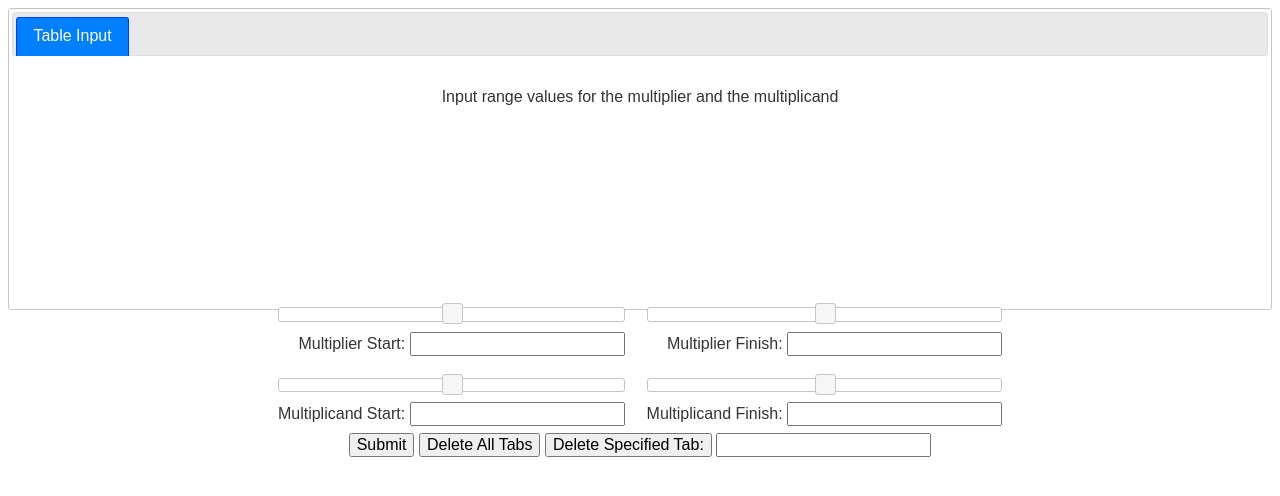
Repository: khrasna/HW4Part2
Page: index.html
These files come from the project's save history. The page is drawn as it stood at one moment and after the next save; the edit follows.
The browser window is 1280 px wide. The pictures show the whole page.
Some web libraries are served in a nearby version.

Above is the page before, as saved 2021-11-22 16:31:50.

### index.html
<!-- HTML file for Assignment 3
By Karsten Hrasna  email Karsten_Hrasna@student.uml.edu-->
<!DOCTYPE html>
<html>

<head>
    <title>Multiplication Table</title>
    <link rel="stylesheet" href="style.css">
    <script type="text/javascript" src="https://ajax.googleapis.com/ajax/libs/jquery/3.5.1/jquery.min.js"></script>
    <script type="text/javascript" src="dist/jquery.validate.min.js"></script>
    <script type="text/javascript" src="formvalidate.js"></script>
    <script type="text/javascript"
        src="https://ajax.googleapis.com/ajax/libs/jqueryui/1.11.4/jquery-ui.min.js"></script>
    <link rel="stylesheet" href="https://ajax.googleapis.com/ajax/libs/jqueryui/1.11.4/themes/smoothness/jquery-ui.css">
</head>

<body>

    <div id="tabs">
        <ul>
            <li><a href='#tab1'>Table Input</a></li>
        </ul>
        <div id="tab1">
            <p>Input range values for the multiplier and the multiplicand</p>
            <!-- Learned from W3schools. Creates a form which takes number ranges for multiplier and multiplicand. -->
            <form id="FormInput" action="javascript:void(0);" method="get">
                <!--Learned about javascript:void(0) from Dutchie432 at https://stackoverflow.com/questions/1818249/form-with-no-action-and-where-enter-does-not-reload-page-->
                <table>
                    <tr>

                        <td class="pad">
                            <div id="slider-1" class="refresh"></div>
                            Multiplier Start: <input input="text" class="refresh" name="MultiplierStart">
                        </td>

                        <td>
                            <div id="slider-2" class="refresh"></div>
                            Multiplier Finish: <input type="text" class="refresh" name="MultiplierFinish">
                        </td>
                    </tr>
                    <tr>
                        <td class="pad">
                            <div id="slider-3" class="refresh"></div>
                            Multiplicand Start: <input type="text" class="refresh" name="MultiplicandStart">
                        </td>

                        <td>
                            <div id="slider-4" class="refresh"></div>
                            Multiplicand Finish: <input type="text" class="refresh" name="MultiplicandFinish">
                        </td>
                    </tr>
                </table>
                <input type="submit" value="Submit">
                <input type="button" name="clear" value="Delete All Tabs">
                <input type="button" name="clearx" value="Delete Specified Tab:">
                <input type="text" name="clearinput">
                <!--goes directly under form and processes the input to create a mult table-->
            </form>
        </div>
    </div>


</body>

</html>

### style.css
/*Created by Karsten Hrasna. email: Karsten_Hrasna@student.uml.edu*/
html,
body {
    height: 97%;
    text-align: center;
}

#slider-1,
#slider-2,
#slider-3,
#slider-4 {
    margin-bottom: 10px;
    margin-top: 10px;
}

div#tab1 {
    display: grid;
    grid-template-columns: auto;
    /* top row of grid holds the form for input, the rest of page holds the multiplication table*/
    grid-template-rows: 20% 80%;
    height: 97%;
}


#multTable {
    margin: auto;
    border-collapse: separate;
    border-spacing: 0;
    /*the dynamically sized multiplication table */
    margin-top: 0px;
    border-bottom: 0px;
    grid-row: 2;

}

input[type=submit] {
    /* submit button under form spaced here */
    margin-top: 0px;
    margin-bottom: 0px;
}

#multTable td,
th {
    border: solid;
    border-color: black;
    min-width: 70px;
    font-size: 30px;
    height: 70px;
}


#multTable th {
    position: sticky;
    top: 0px;
    border-right: solid;
    border-right-color: white;
    border-bottom: solid;
    border-bottom-color: white;
    background-color: black;
    color: white;

}

#multTable th:first-child {
    position: sticky;
    top: 70px;
    left: 0;
}


.sticky {
    position: fixed;
    top: 0px;
    /* get the headers to stay fixed on mult table */
    width: 100%;
}

#multTable tr:first-child th:first-child {
    border: none;
    background-color: white;
}

#multTable p.inputError {
    margin: 0px;
}

form {
    margin-bottom: 0px;
    grid-row: 3;
}

table {
    margin-left: auto;
    margin-right: auto;
}

form td {
    text-align: right;
    justify-content: right;
    padding: 5px;
    /*line up the input form textboxes*/
}

form p {
    margin: 0px;
}

td.pad {
    padding-right: 15px;
}

### formvalidate.js
var tabs;

$(function () {
    $("#tabs").tabs();

    $("#slider-1").slider({
        min: -50, //initialize the four sliders to set the values of their respective input boxes
        max: 50,
        slide: function (event, ui) {
            $('input[name="MultiplierStart"]').val(ui.value);
        }
    });
    $("#slider-2").slider({
        min: -50,
        max: 50,
        slide: function (event, ui) {
            $('input[name="MultiplierFinish"]').val(ui.value);
        }
    });
    $("#slider-3").slider({
        min: -50,
        max: 50,
        slide: function (event, ui) {
            $('input[name="MultiplicandStart"]').val(ui.value);
        }
    });
    $("#slider-4").slider({
        min: -50,
        max: 50,
        slide: function (event, ui) {
            $('input[name="MultiplicandFinish"]').val(ui.value);
        }
    });

    $('input[name="MultiplierStart"]').on('keyup', function () { //if the input boxes values are changed, set the slider to that value
        $("#slider-1").slider("option", "value", $('input[name="MultiplierStart"]').val());
    });

    $('input[name="MultiplierFinish"]').on('keyup', function () {
        $("#slider-2").slider("option", "value", $('input[name="MultiplierFinish"]').val());
    });

    $('input[name="MultiplicandStart"]').on('keyup', function () {
        $("#slider-3").slider("option", "value", $('input[name="MultiplicandStart"]').val());
    });

    $('input[name="MultiplicandFinish"]').on('keyup', function () {
        $("#slider-4").slider("option", "value", $('input[name="MultiplicandFinish"]').val());
    });


    $.validator.addMethod("less", function (value, element, params) {
        if (params[0].value == "") {
            return true; // dont want it to say that the start has to be greater than finish if no finish given. instead it will say to give finish value in other error
        } else {
            return this.optional(element) || +value <= +params[0].value;

        } //checks to make sure that the starts are less than the finishes, learned from
    }); // https://jqueryvalidation.org/jQuery.validator.addMethod/

    $.validator.addMethod("checkval", function (value, element) {
        if (value == "") {
            return true; // dont want it to say that the start has to be greater than finish if no finish given. instead it will say to give finish value in other error
        } else {
            return this.optional(element) || +value > 1;

        } //checks to make sure that the starts are less than the finishes, learned from
    });


    $("#FormInput").validate({
        //this makes it so the validator updates the error messages whenever new input is typed.
        //learned about onkeyup at https://www.sitepoint.com/jquery-validation-validate-form-submit/
        rules: {
            MultiplierStart: {
                range: [-50, 50],
                less: $('input[name="MultiplierFinish"]'),
                required: true

            },
            MultiplierFinish: { //rules for form input. makes sure the numbers are in range, and that the fields have input in them.
                required: true,
                range: [-50, 50]
            },

            MultiplicandStart: {
                range: [-50, 50],
                less: $('input[name="MultiplicandFinish"]'),
                required: true
            },

            MultiplicandFinish: {
                range: [-50, 50],
                required: true
            }
        },

        messages: {
            MultiplierStart: {
                required: "Multiplier Start must be a digit between -50 and 50",
                range: "The range of Multiplier Start must stay within -50 and 50",
                less: "The value of Multiplier Start must be less than or equal to Multiplier Finish."
            },

            MultiplierFinish: {
                required: "Multiplier Finish must be a digit between -50 and 50",
                range: "The range of Multiplier Finish must stay within -50 and 50",
            },

            MultiplicandStart: {
                required: "Multiplicand Start must be a digit between -50 and 50",
                range: "The range of Multiplicand Start must stay within -50 and 50",
                less: "The value of Multiplicand Start must be less than or equal to Multiplicand Finish."
            },

            MultiplicandFinish: {
                required: "Multiplicand Finish must be a digit between -50 and 50",
                range: "The range of Multiplicand Finish must stay within -50 and 50",
            }


        },

        errorPlacement: function (error, element) {
            $(error).appendTo($(('#FormInput'))); //place the errors below the form
        },
        errorElement: "p"

    });

    $(".refresh").on("input", function () {
        processHere();
    });

    $(".refresh").on("slide", function () {
        processHere();
    });


    $('input[type="submit"]').on('click', function () { //check if form is valid and process table if true
        $('input[name="clearinput"]').rules('remove');
        if ($("#FormInput").valid()) {
            process();
        }
    });



    $('input[name="clear"]').on("click", function () { //clear all tabs except main tab
        for (var i = 2; i <= tabs; i++) {
            $("#tabs").find("li:not(:first)").remove();
            $("#tabs").tabs('refresh');
        }
        tabs = 1;
    });

    $('input[name="clearx"]').on("click", function () { //clear a specified tab with a range of 2 - number of tabs
        console.log(tabs);
        console.log($("#FormInput").validate().settings.rules);
        $('input[name="clearinput"]').rules('add', {
            digits: true,
            required: true,
            range: [2, tabs],
            checkval: true,

            messages: {
                digits: "Please make your specified tab to be deleted contain only numbers within the indicated range.",
                range: "Please choose a tab between 2 and " + tabs,
                checkval: "Please enter a tab value which is greater than 1.",
                required: "Please enter a value for the Delete Specified Tab value."
            }
        });

        if ($('input[name="clearinput"]').valid()) { //if the specified tab to be removed is valid then remove it
            var removetab = $('input[name="clearinput"]').val();
            $("#tabs").find("li:nth-child(" + removetab + ")").remove();
            $("#tabs").tabs('refresh');

            if (tabs > 1) {
                tabs -= 1;
            }
        }

    })

});

function processHere() {
    var multStart = $('input[name="MultiplierStart"]').val();
    var multFinish = $('input[name="MultiplierFinish"]').val();
    var multiplicandStart = $('input[name="MultiplicandStart"]').val();
    var multiplicandFinish = $('input[name="MultiplicandFinish"]').val();

    //clear old table and create a table with size based on input given
    const rowVals = [];
    const colVals = []; //these will hold the values of the multiplier and multiplicand
    var rows = multFinish - multStart;
    var cols = multiplicandFinish - multiplicandStart;
    tabs = $("#tabs ul li").length + 1; //number of tabs, learned from https://stackoverflow.com/questions/14702631/in-jquery-ui-1-9-how-do-you-create-new-tabs-dynamically
    for (var i = 0; i <= cols; i++) {
        colVals[i] = (+multiplicandStart + +i); //save the values of the numbers being multiplied
    }
    for (var i = 0; i <= rows; i++) {
        rowVals[i] = (+multStart + +i);
    }
    var table = createTable(rows, cols, rowVals, colVals); //create table based on total rows and cols, and top and left are the sets of multipliers and multiplicands
    table.id = "multTable";

}

function process() {
    var multStart = $('input[name="MultiplierStart"]').val();
    var multFinish = $('input[name="MultiplierFinish"]').val();
    var multiplicandStart = $('input[name="MultiplicandStart"]').val();
    var multiplicandFinish = $('input[name="MultiplicandFinish"]').val();

    //clear old table and create a table with size based on input given
    const rowVals = [];
    const colVals = []; //these will hold the values of the multiplier and multiplicand
    var rows = multFinish - multStart;
    var cols = multiplicandFinish - multiplicandStart;
    tabs = $("#tabs ul li").length + 1; //number of tabs, learned from https://stackoverflow.com/questions/14702631/in-jquery-ui-1-9-how-do-you-create-new-tabs-dynamically
    for (var i = 0; i <= cols; i++) {
        colVals[i] = (+multiplicandStart + +i); //save the values of the numbers being multiplied
    }
    for (var i = 0; i <= rows; i++) {
        rowVals[i] = (+multStart + +i);
    }
    var table = createTable(rows, cols, rowVals, colVals); //create table based on total rows and cols, and top and left are the sets of multipliers and multiplicands
    table.id = "multTable";
    //adds list item to tab list with parameters as title
    $("#tabs ul").append("<li><a href='#tab" + tabs + "'>" + multStart + " " + multFinish + " " + multiplicandStart + " " + multiplicandFinish + "</a></li>");
    $("#tabs").append("<div id='tab" + tabs + "'></div>"); //also learned from https://stackoverflow.com/questions/14702631/in-jquery-ui-1-9-how-do-you-create-new-tabs-dynamically
    $("#tab" + tabs).append(table); //adds the table to a new tab
    $("#tabs").tabs("refresh");

}

function createTable(rows, cols, rowVals, colVals) {
    var t = document.createElement('table');
    for (var x = 0; x <= rows + 1; x++) { // rows and cols + 1 to indicate ranges of numbers
        var r = document.createElement('tr');
        t.appendChild(r);
        for (var y = 0; y <= cols + 1; y++) { //creates the cols of the table row by row
            if (y == 0) {
                var c = document.createElement('th'); //create and insert element based on position in table
                c.id = "topHeader";
                if (x != 0) {
                    c.innerHTML = rowVals[x - 1]; // - 1 because it is moved over 1 to the right
                }
            } else if (x == 0) {
                var c = document.createElement('th');
                if (y != 0) {
                    c.innerHTML = colVals[y - 1];
                }
            } else {
                var c = document.createElement('td');
                c.innerHTML = rowVals[x - 1] * colVals[y - 1];
                if (((y % 2) + (x % 2)) == 0 || ((y % 2) + (x % 2)) == 2) { // checker board effect
                    c.style.backgroundColor = "gray";
                }
            }
            r.appendChild(c);
        }
    }
    return t;
}

Loaded but not shown: dist/jquery.validate.min.js (library)

After the next save:
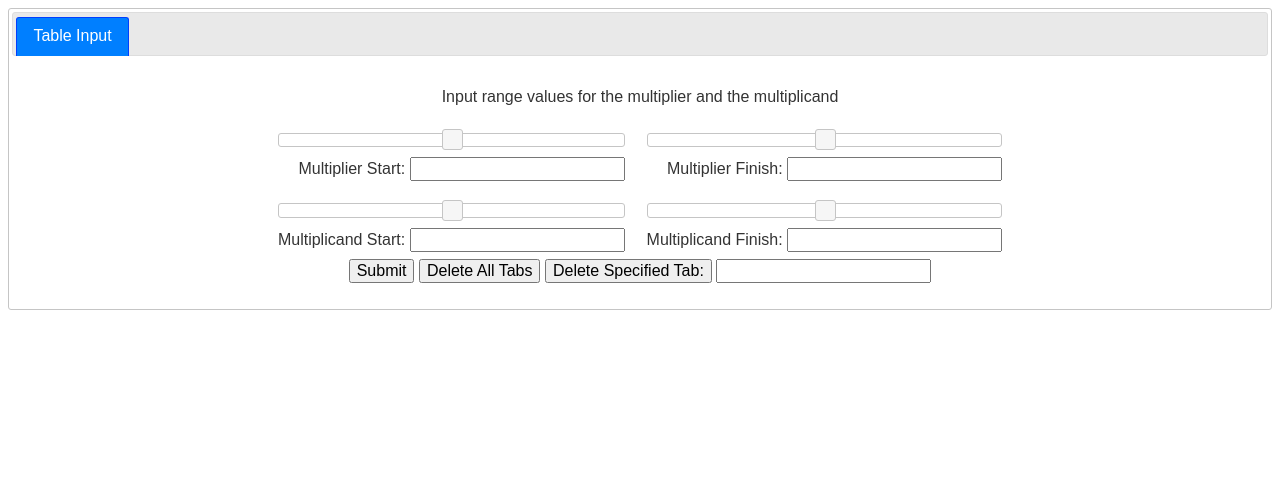
Saved 9 s later.
--- a/style.css
+++ b/style.css
@@ -86,7 +86,7 @@ th {
 
 form {
     margin-bottom: 0px;
-    grid-row: 3;
+    grid-row: 2;
 }
 
 table {
